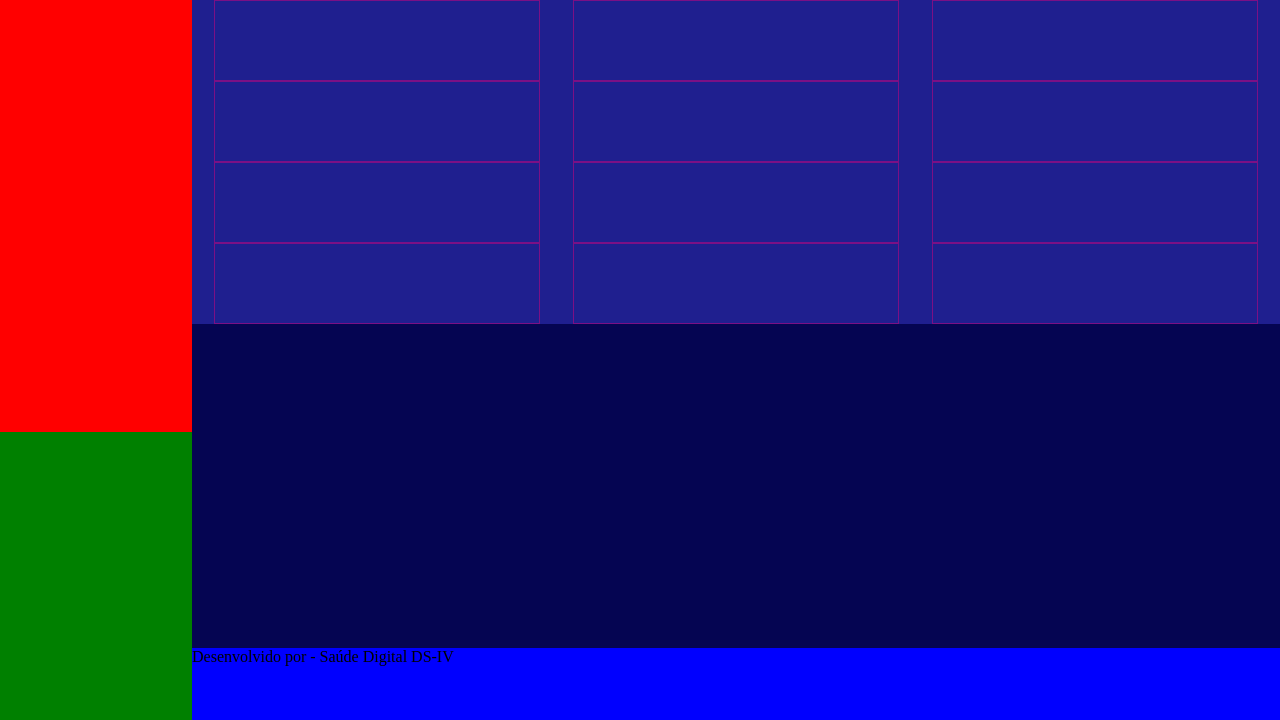
Repository: br-on/ddaf-chamados
Page: index.html
An editor plug-in stored every save of this project. The page is shown before and after the next save, followed by the edit.
The browser window is 1280 px wide. The pictures show the whole page.

Above is the page before, as saved 2025-01-19 20:34:26.

After the next save:
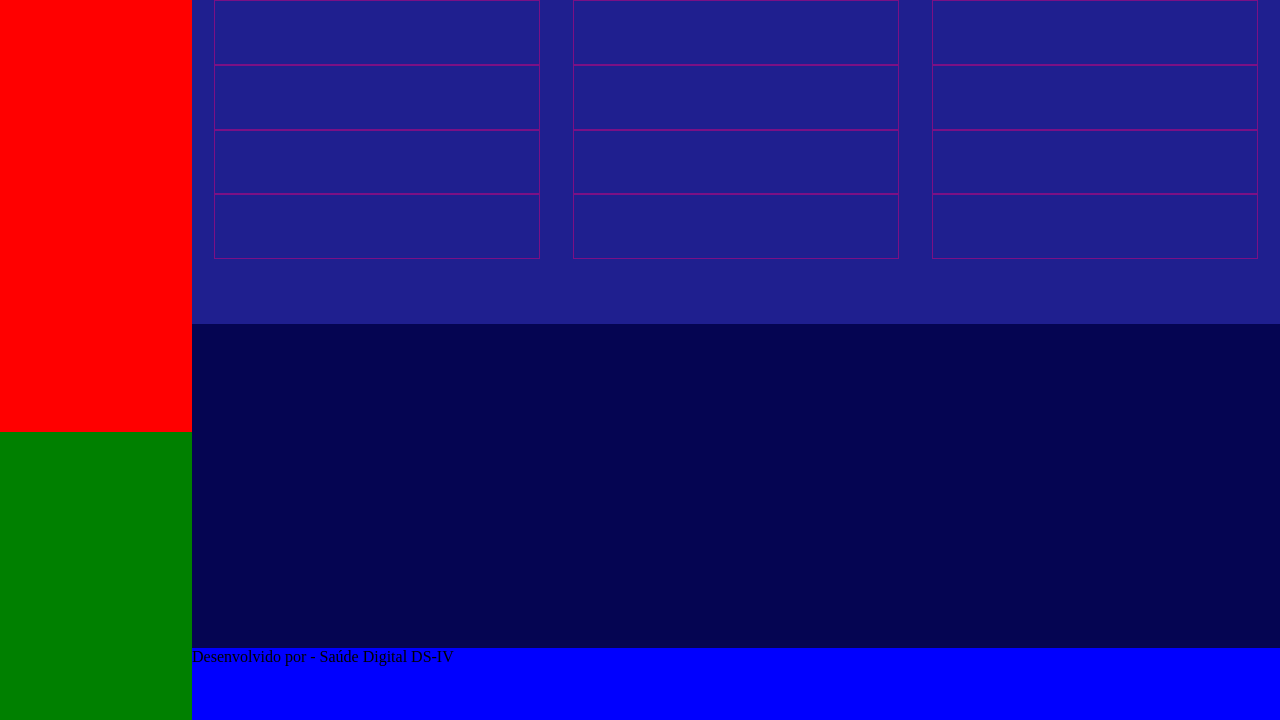
Saved 47 s later.
--- a/style.css
+++ b/style.css
@@ -29,6 +29,7 @@ main {
     display: grid;
     justify-content: center;
     grid-template-columns: 30% 30% 30%;
+    grid-template-rows: 20% 20% 20% 20%;
     column-gap: 3%;
 }
 .andamento-demandas {
